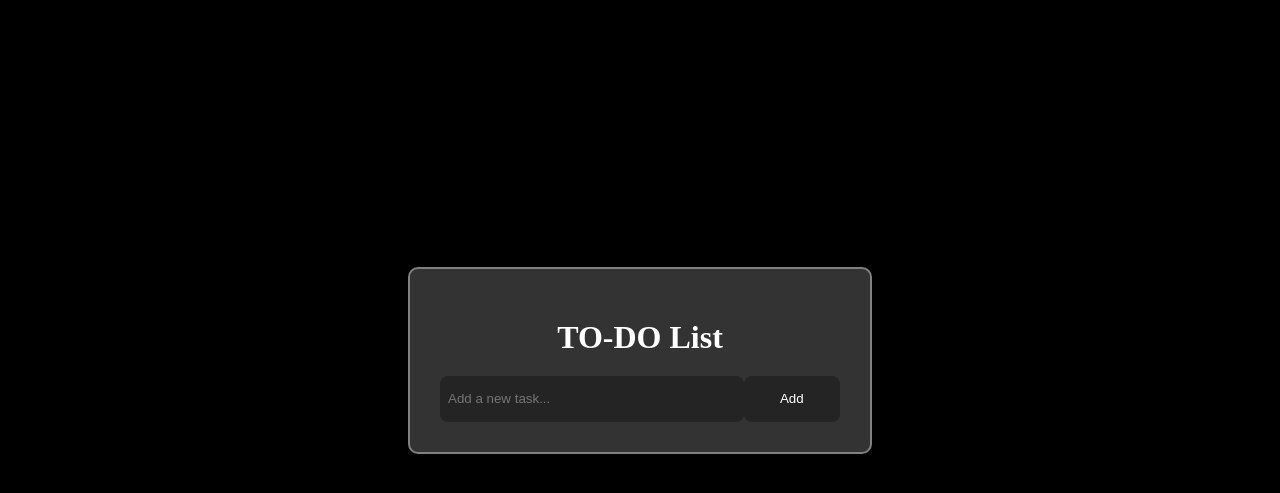
Repository: ksusmitha879-cyber/todo-list
Page: index.html
An editor plug-in stored every save of this project. The page is shown before and after the next save, followed by the edit.
The browser window is 1280 px wide. The pictures show the whole page.

Above is the page before, as saved 2025-11-28 02:32:28.

After the next save:
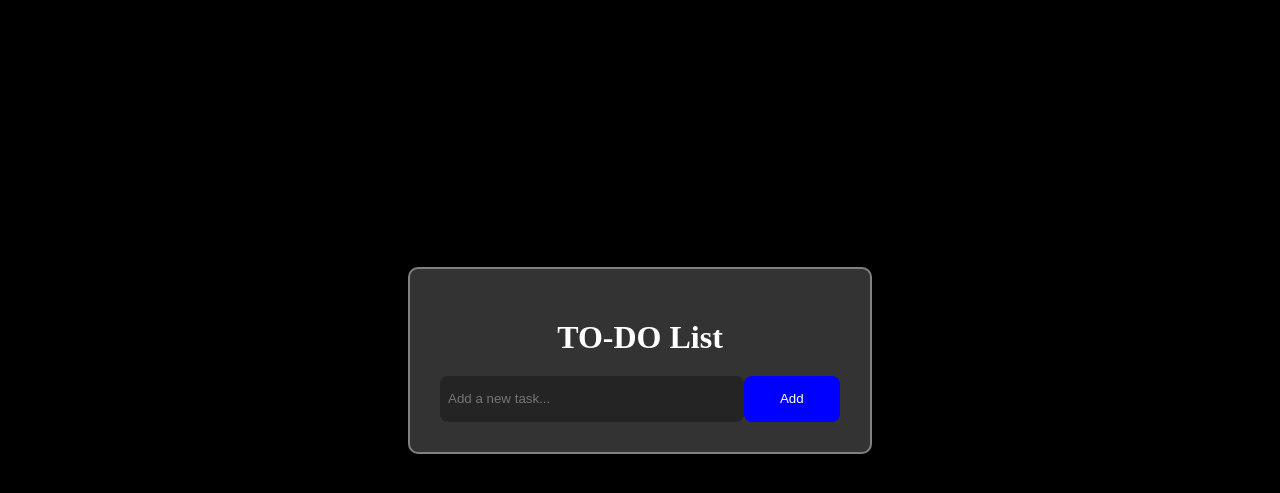
Saved 13 s later.
--- a/style.css
+++ b/style.css
@@ -41,7 +41,7 @@ input{
     padding: 8px;
 }
 .input-container button{
-     background-color: #252424;
+     background-color: blue;
     color: white;
     width: 25%;
     height: auto;
